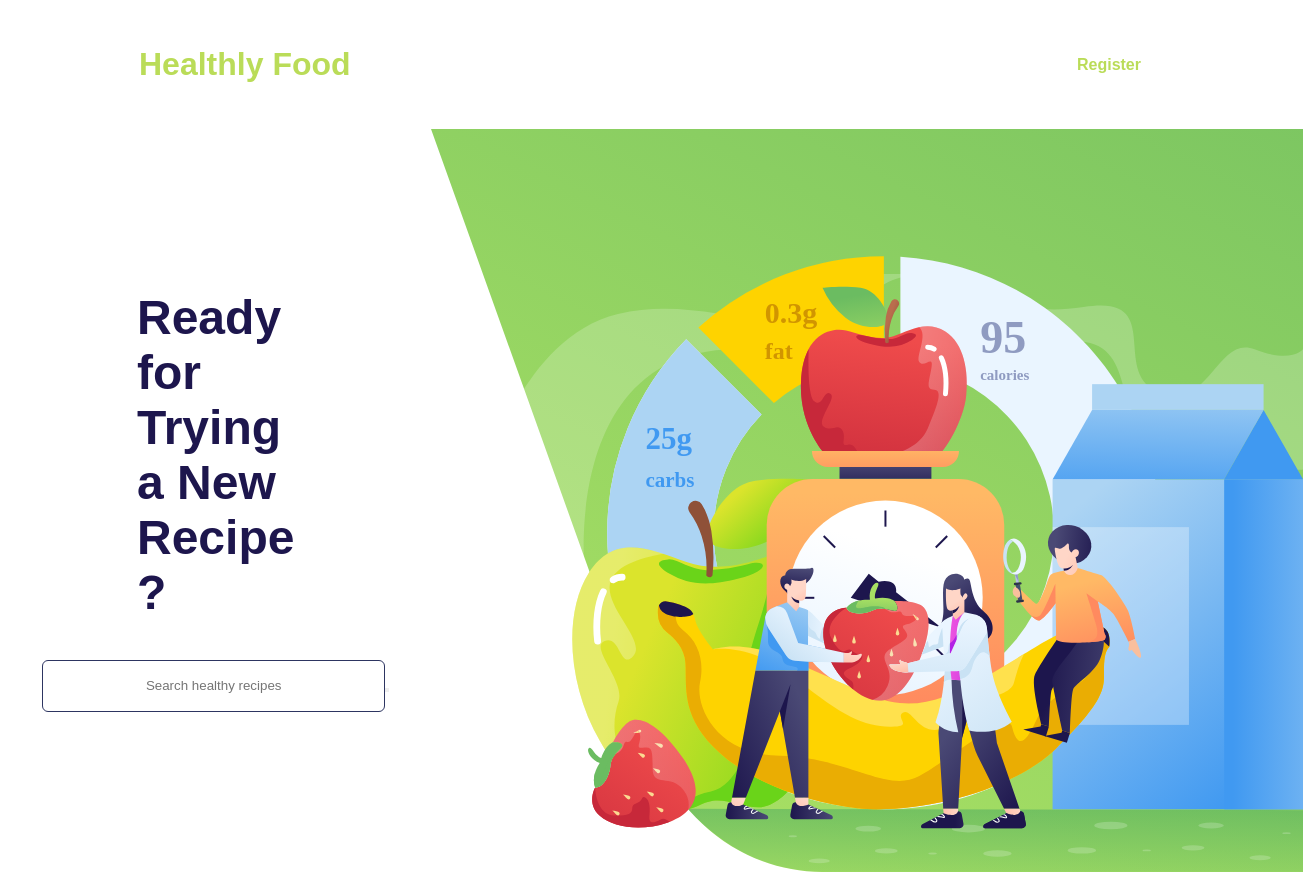
Repository: LuccaCasalecchi/HealthyFood
Page: /
These files come from the project's save history. The page is drawn as it stood at one moment and after the next save; the edit follows.
The browser window is 1280 px wide. The page is 1303 px wide, so the pictures cover 1303 px, including what lies to the right of the window. The pictures show the whole page.
The project was rebuilt for these pictures with package versions that can differ from the ones it lists, and the page was loaded fresh each time.

Above is the page before, as saved 2021-08-17 21:39:00.

After the next save:
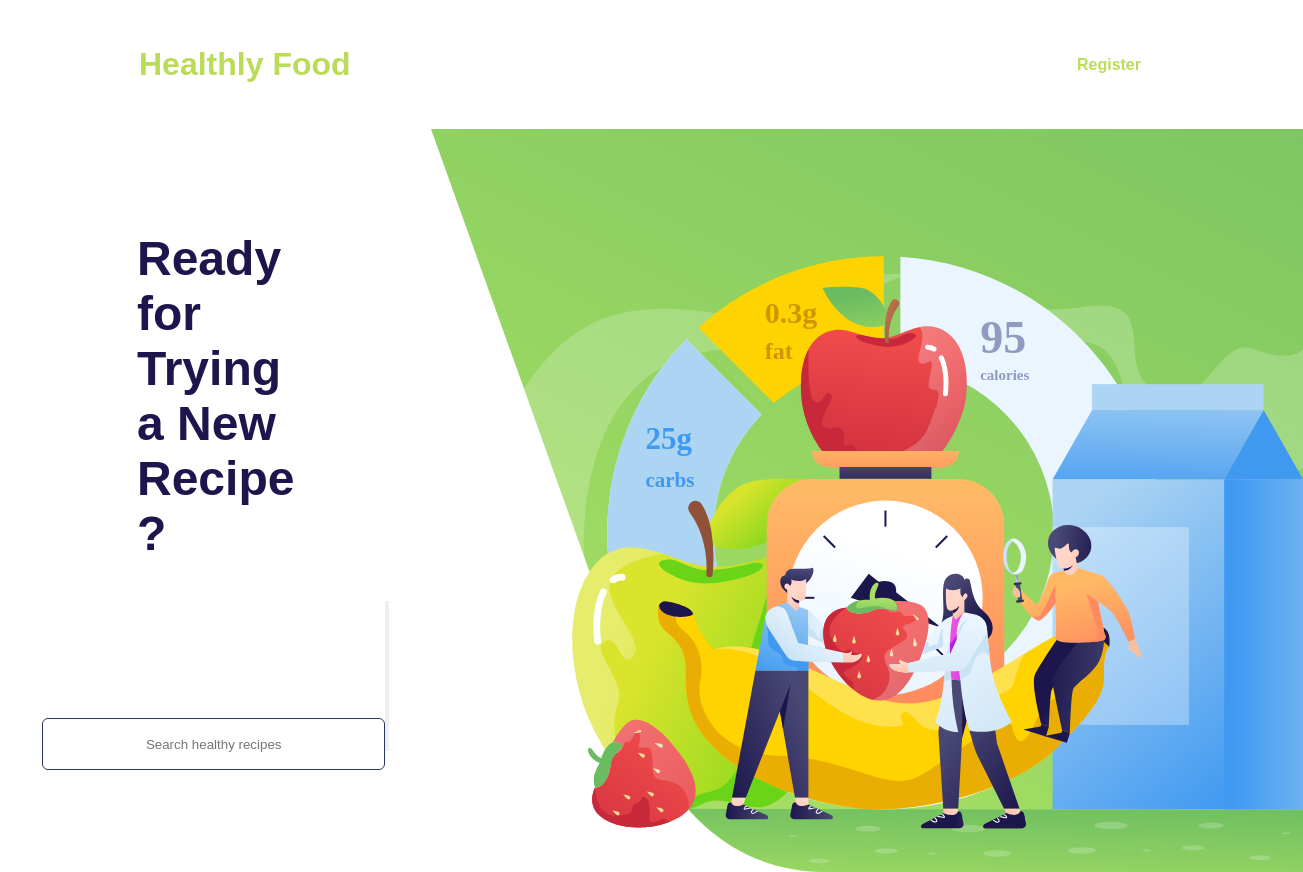
Saved 4 min 56 s later.
--- a/src/components/Input/Input.css
+++ b/src/components/Input/Input.css
@@ -5,3 +5,7 @@ input{
   border: 1px solid #2D3561;
   text-align: center;
 }
+
+button{
+  height: 150px;
+}

After the 2 saves that followed:
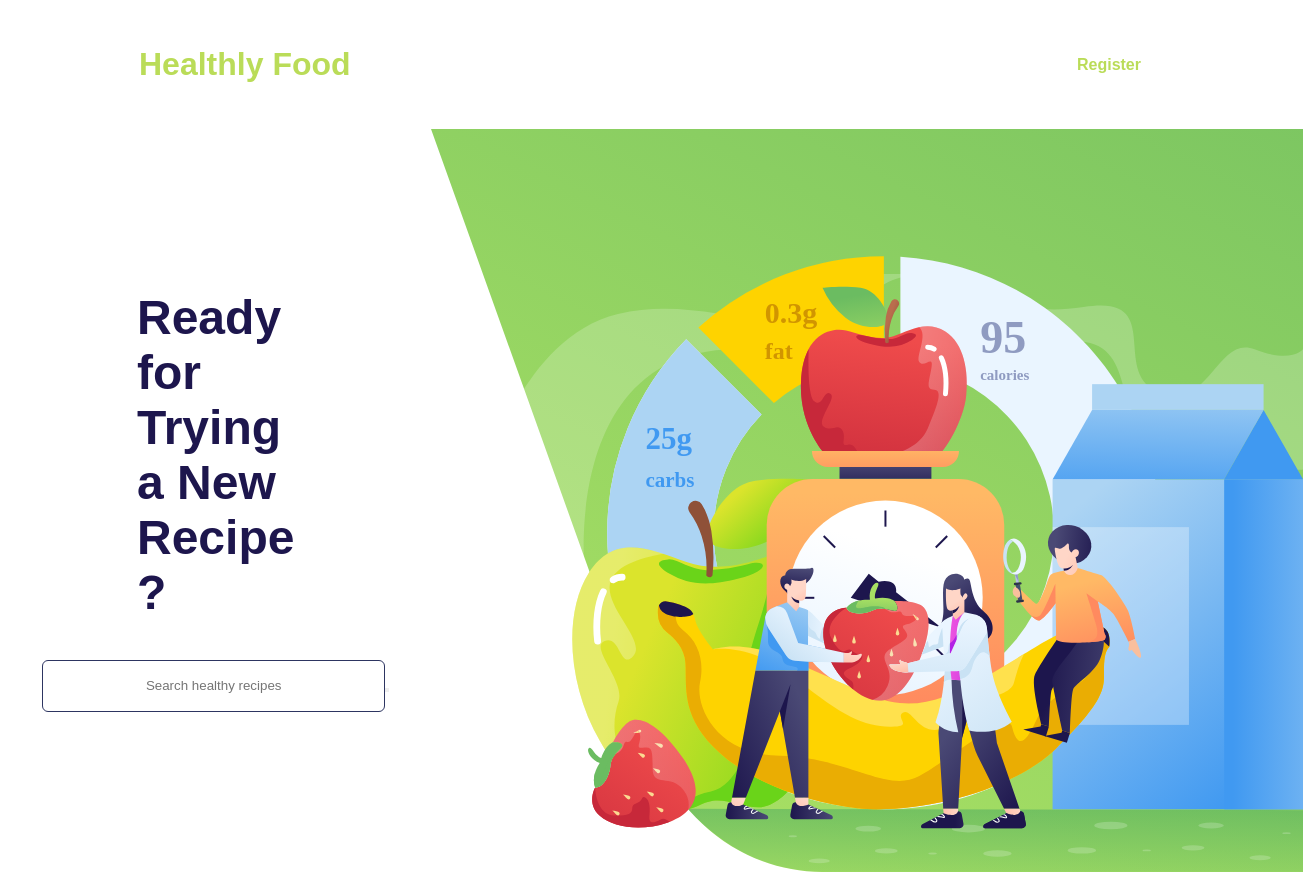
The 2 saves are shown as one change because 1 left the picture as it was.
The last was saved 26 s later.
--- a/src/components/Input/Input.jsx
+++ b/src/components/Input/Input.jsx
@@ -3,7 +3,7 @@ import './Input.css'
 
 export default function Input() {
   return (
-    <div>
+    <div className="input-container">
       <input
       type="text"
       placeholder="Search healthy recipes"/>
--- a/src/components/Input/Input.css
+++ b/src/components/Input/Input.css
@@ -7,5 +7,5 @@ input{
 }
 
 button{
-  height: 150px;
+  height: 54pxpx;
 }
